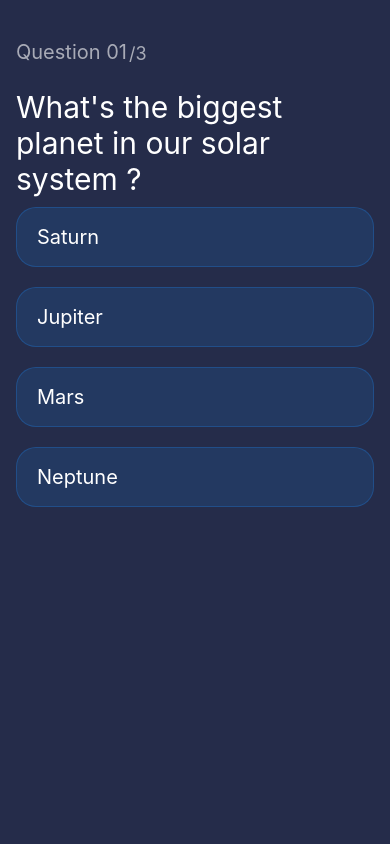
Repository: ds-mbappe/Quiz
Screen: /
These files come from the project's save history. The screen is drawn as it stood at one moment and after the next save; the edit follows.
The app was drawn by React Native's web renderer in a window 390 px wide. The project was rebuilt for these pictures with package versions that can differ from the ones it lists, and the page was loaded fresh each time.

Above is the screen before, as saved 2022-05-28 22:41:46.

### App.js
import React from 'react'
import { SafeAreaView, StyleSheet, Text } from 'react-native';
import { Quiz } from './screens';

const App = () => {
  return (
    <Quiz />
  )
}

export default App

const styles = StyleSheet.create({})

### screens/index.js
import Quiz from "./Quiz";

export {
    Quiz
}

### screens/Quiz.js
import React, { useState } from 'react'
import { SafeAreaView, StatusBar, StyleSheet, Text, TouchableOpacity, View } from 'react-native'
import { COLORS, SIZES } from '../constants';
import data from '../data/QuizData';
import MaterialCommunityIcons from 'react-native-vector-icons/MaterialCommunityIcons';

const Quiz = () => {

  const allQuestions = data;
  const [currentQuestionIndex, setCurrentQuestionIndex] = useState(0)
  const [currentOptionSelected, setCurrentOptionSelected] = useState(null);
  const [correctOption, setCorrectOption] = useState(null);
  const [isOptionDisabled, setIsOptionDisabled] = useState(false);
  const [score, setScore] = useState(0);
  const [showNextbutton, setShowNextButton] = useState(false);

  const validateAnswer = (selectedOption) => {
    let correct_option = allQuestions[currentQuestionIndex]['correct_option'];
    setCurrentOptionSelected(selectedOption);
    setCorrectOption(correct_option);
    setIsOptionDisabled(true);
    if(selectedOption == correct_option) {
      setScore(score + 1);
    }

    // Show Next Button
    setShowNextButton(true);
  }

  const renderQuestion = () => {
    return (
      <View>
        {/* Question Counter */}
        <View style={styles.questions}>
          <Text style={{color: COLORS.white, fontSize: 20, opacity: 0.6, marginRight: 2}}>{"Question " + currentQuestionIndex + 1}</Text>
          <Text style={{color: COLORS.white, fontSize: 18, opacity: 0.6}}>/{allQuestions.length}</Text>
        </View>

        <View style={{height: 25}}>
        </View>

        {/* Question */}
        <Text style={{color: COLORS.white, fontSize: 30}}>{allQuestions[currentQuestionIndex]?.question}</Text>
      </View>
    )
  }

  const renderOptions = () => {
    return (
      <View>
        {
          allQuestions[currentQuestionIndex]?.options.map(option => (
            <TouchableOpacity
              onPress={() => validateAnswer(option)}
              disabled={isOptionDisabled}
              key={option}
              style={{
                borderWidth: 1,
                borderColor: option == correctOption
                  ? COLORS.success
                  : option == currentOptionSelected
                    ? COLORS.error
                    : COLORS.secondary + '40',
                backgroundColor: option == correctOption
                ? COLORS.success + '20'
                : option == currentOptionSelected
                  ? COLORS.error + '20'
                  : COLORS.secondary + '20',
                height: 60,
                borderRadius: 20,
                flexDirection: 'row',
                alignItems: 'center',
                justifyContent: 'space-between',
                paddingHorizontal: 20,
                marginVertical: 10
              }}>
              <Text style={{ fontSize: 20, color: COLORS.white }}>{option}</Text>

              {/* Show Check or Cross based on answer */}
              {
                option == correctOption ? (
                  <View style={{
                    width: 30,
                    height: 30,
                    borderRadius: 30 / 2,
                    backgroundColor: COLORS.success,
                    justifyContent: 'center',
                    alignItems: 'center'
                  }}>
                    <MaterialCommunityIcons name="check" style={{
                      color: COLORS.white,
                      fontSize: 20
                    }} />
                  </View>
                ) : option == currentOptionSelected ?(
                  <View style={{
                    width: 30,
                    height: 30,
                    borderRadius: 30 / 2,
                    backgroundColor: COLORS.error,
                    justifyContent: 'center',
                    alignItems: 'center'
                  }}>
                    <MaterialCommunityIcons name="close" style={{
                      color: COLORS.white,
                      fontSize: 20
                    }} />
                  </View>
                ) : null
              }
            </TouchableOpacity>
          ))
        }
      </View>
    )
  }

  const renderNextButton = () => {
    if (showNextbutton) {
      return (
        <TouchableOpacity style={{display: 'flex', justifyContent: 'center', flexDirection: 'row', marginTop: 20, width: '100%', backgroundColor: COLORS.accent, padding: 20, borderRadius: 20}}>
          <Text style={{fontSize: 20, fontWeight: 'bold', color: COLORS.white, textAlign: 'center'}}>Next</Text>
          <MaterialCommunityIcons style={{fontSize: 20, fontWeight: 'bold', color: COLORS.white, textAlign: 'center'}} name='chevron-right'/>
        </TouchableOpacity>
      )
    }
    else {
      return null;
    }
  }

  return (
    <SafeAreaView style={styles.container}>
      <StatusBar barStyle='light-content' backgroundColor={COLORS.primary} />
      <View style={styles.mainView}>

        {/* ProgressBar */}

        {/* Question */}
        {renderQuestion()}

        {/* Options */}
        {renderOptions()}

        {/* Next Button */}
        {renderNextButton()}

      </View>
    </SafeAreaView>
  )
}

export default Quiz

const styles = StyleSheet.create({
  container: {
    flex: 1,
    backgroundColor: COLORS.background
  },
  mainView: {
    flex: 1,
    paddingVertical: 40,
    paddingHorizontal: 16,
    backgroundColor: COLORS.background,
    position: 'relative',
  },
  questions: {
    flexDirection: 'row',
    alignItems: 'flex-end',
  }
})

### data/QuizData.js
let data = [
    {
        question: "What's the biggest planet in our solar system ?",
        options: ["Saturn", "Jupiter", "Mars", "Neptune"],
        correct_option: "Jupiter"
    },
    {
        question: "Which animal can open his mouth the widest ?",
        options: ["Crocodile", "Lion", "Gorilla", "Hippo"],
        correct_option: "Hippo"
    },
    {
        question: "WHat is the largest animal on earth ?",
        options: ["The lion King", "The giraffe", "The blue whale", "The elephant"],
        correct_option: "The blue whale"
    },
    // {
    //     question: ,
    //     options: ,
    //     correct_option:
    // },
    // {
    //     question: ,
    //     options: ,
    //     correct_option:
    // }
]

export default data;

### constants/theme.js
import { Dimensions } from "react-native";
const { width, height } = Dimensions.get('window');

export const COLORS = {
    primary: "#252C4A",
    secondary: "#1E90FF",
    accent: "#3498DB",

    success: "#00C851",
    error: "#FF4444",

    black: "#171717",
    white: "#FFFFFF",
    background: "#252C4A"
}

export const SIZES = {
    base: 10,
    width,
    height
}

Loaded but not shown: constants/index.js (common file)

After the next save:
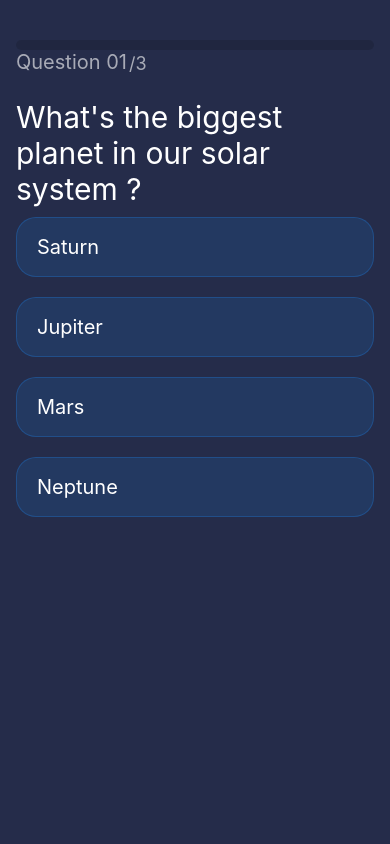
Saved 59 min 28 s later.
--- a/screens/Quiz.js
+++ b/screens/Quiz.js
@@ -3,6 +3,7 @@ import { SafeAreaView, StatusBar, StyleSheet, Text, TouchableOpacity, View } fro
 import { COLORS, SIZES } from '../constants';
 import data from '../data/QuizData';
 import MaterialCommunityIcons from 'react-native-vector-icons/MaterialCommunityIcons';
+import { Animated, Modal } from 'react-native-web';
 
 const Quiz = () => {
 
@@ -13,6 +14,12 @@ const Quiz = () => {
   const [isOptionDisabled, setIsOptionDisabled] = useState(false);
   const [score, setScore] = useState(0);
   const [showNextbutton, setShowNextButton] = useState(false);
+  const [showScoreModal, setShowScoreModal] = useState(false);
+  const [progress, setProgress] = useState(new Animated.Value(0));
+  const progressAnim = progress.interpolate({
+    inputRange: [0, allQuestions.length],
+    outputRange: ['0%', '100%']
+  });
 
   const validateAnswer = (selectedOption) => {
     let correct_option = allQuestions[currentQuestionIndex]['correct_option'];
@@ -25,6 +32,34 @@ const Quiz = () => {
 
     // Show Next Button
     setShowNextButton(true);
+  }
+
+  const handleNext = () => {
+    if (currentQuestionIndex == allQuestions.length - 1) {
+      setShowScoreModal(true);
+    }
+    else {
+      setCurrentQuestionIndex(currentQuestionIndex + 1);
+      setCurrentOptionSelected(null);
+      setCorrectOption(null);
+      setIsOptionDisabled(false);
+      setShowNextButton(false);
+    }
+    Animated.timing(progress, {
+      toValue: currentQuestionIndex + 1,
+      duration: 1000,
+      useNativeDriver: false
+    }).start();
+  }
+
+  const restartQuiz = () => {
+    setShowScoreModal(false);
+    setCurrentQuestionIndex(0);
+    setScore(0);
+    setCurrentOptionSelected(null);
+    setCorrectOption(null);
+    setIsOptionDisabled(false);
+    setShowNextButton(false);
   }
 
   const renderQuestion = () => {
@@ -118,15 +153,31 @@ const Quiz = () => {
   const renderNextButton = () => {
     if (showNextbutton) {
       return (
-        <TouchableOpacity style={{display: 'flex', justifyContent: 'center', flexDirection: 'row', marginTop: 20, width: '100%', backgroundColor: COLORS.accent, padding: 20, borderRadius: 20}}>
+        <TouchableOpacity
+          onPress={handleNext}
+          style={{ display: 'flex', justifyContent: 'center', flexDirection: 'row', marginTop: 20, width: '100%', backgroundColor: COLORS.accent, padding: 20, borderRadius: 20 }}
+        >
           <Text style={{fontSize: 20, fontWeight: 'bold', color: COLORS.white, textAlign: 'center'}}>Next</Text>
-          <MaterialCommunityIcons style={{fontSize: 20, fontWeight: 'bold', color: COLORS.white, textAlign: 'center'}} name='chevron-right'/>
+          <MaterialCommunityIcons
+            style={{ fontSize: 20, fontWeight: 'bold', color: COLORS.white, textAlign: 'center' }}
+            name='chevron-right'
+          />
         </TouchableOpacity>
       )
     }
     else {
       return null;
     }
+  }
+
+  const renderProgressBar = () => {
+    return (
+      <View style={{ width: '100%', height: 10, borderRadius: 20, backgroundColor: '#00000020' }}>
+        <Animated.View style={[{height: 10, borderRadius: 20, backgroundColor: COLORS.accent}, {width: progressAnim}]}>
+
+        </Animated.View>
+      </View>
+    )
   }
 
   return (
@@ -135,6 +186,7 @@ const Quiz = () => {
       <View style={styles.mainView}>
 
         {/* ProgressBar */}
+        {renderProgressBar()}
 
         {/* Question */}
         {renderQuestion()}
@@ -144,6 +196,30 @@ const Quiz = () => {
 
         {/* Next Button */}
         {renderNextButton()}
+
+        {/* Score Modal */}
+        <Modal
+          animationType='slide'
+          transparent={true}
+          visible={showScoreModal}
+        >
+          <View style={{ flex: 1, backgroundColor: COLORS.primary, alignItems: 'center', justifyContent: 'center' }}>
+            <View style={{ backgroundColor: COLORS.white, width: '70%', borderRadius: 20, padding: 20, alignItems: 'center' }}>
+              <Text style={{ fontSize: 30, fontWeight: 'bold' }}>{score > (allQuestions.length / 2) ? 'Congratulations!' : 'Oops!'}</Text>
+
+              <View style={{ flexDirection: 'row', justifyContent: 'flex-start', alignItems: 'center', marginVertical: 20 }}>
+                <Text style={{fontSize: 30, color: score > (allQuestions.length / 2) ? COLORS.success : COLORS.error}}>{score}</Text>
+                <Text style={{fontSize: 20, color: COLORS.black}}>/ {allQuestions.length}</Text>
+              </View>
+              {/* Restart Quiz */}
+              <TouchableOpacity
+                onPress={restartQuiz}
+                style={{ backgroundColor: COLORS.accent, padding: 20, width: '100%', borderRadius: 20 }}>
+                <Text style={{textAlign: 'center', fontWeight: 'bold', color: COLORS.white, fontSize: 20}}>Retry Quiz</Text>
+              </TouchableOpacity>
+            </View>
+          </View>
+        </Modal>
 
       </View>
     </SafeAreaView>
